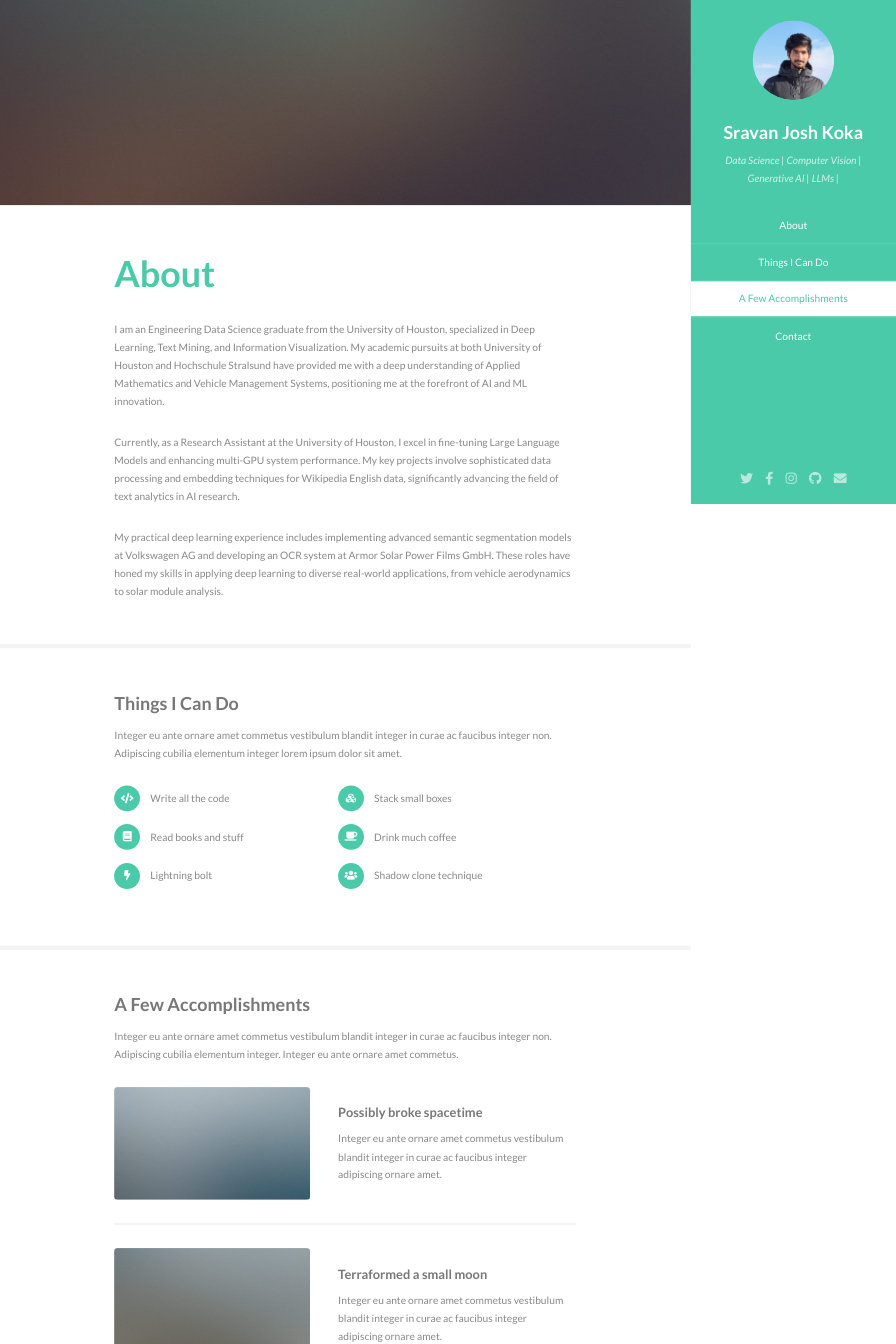
Repository: sravanjosh07/my_portfolio
Page: index.html
These files come from the project's save history. The page is drawn as it stood at one moment and after the next save; the edit follows.
The browser window is 1280 px wide. The pictures show the part of the page from y = 0 to 1920 px (the page is 3005 px tall), at 70% of full size.

Above is the page before, as saved 2023-12-26 13:53:38.

After the next save:
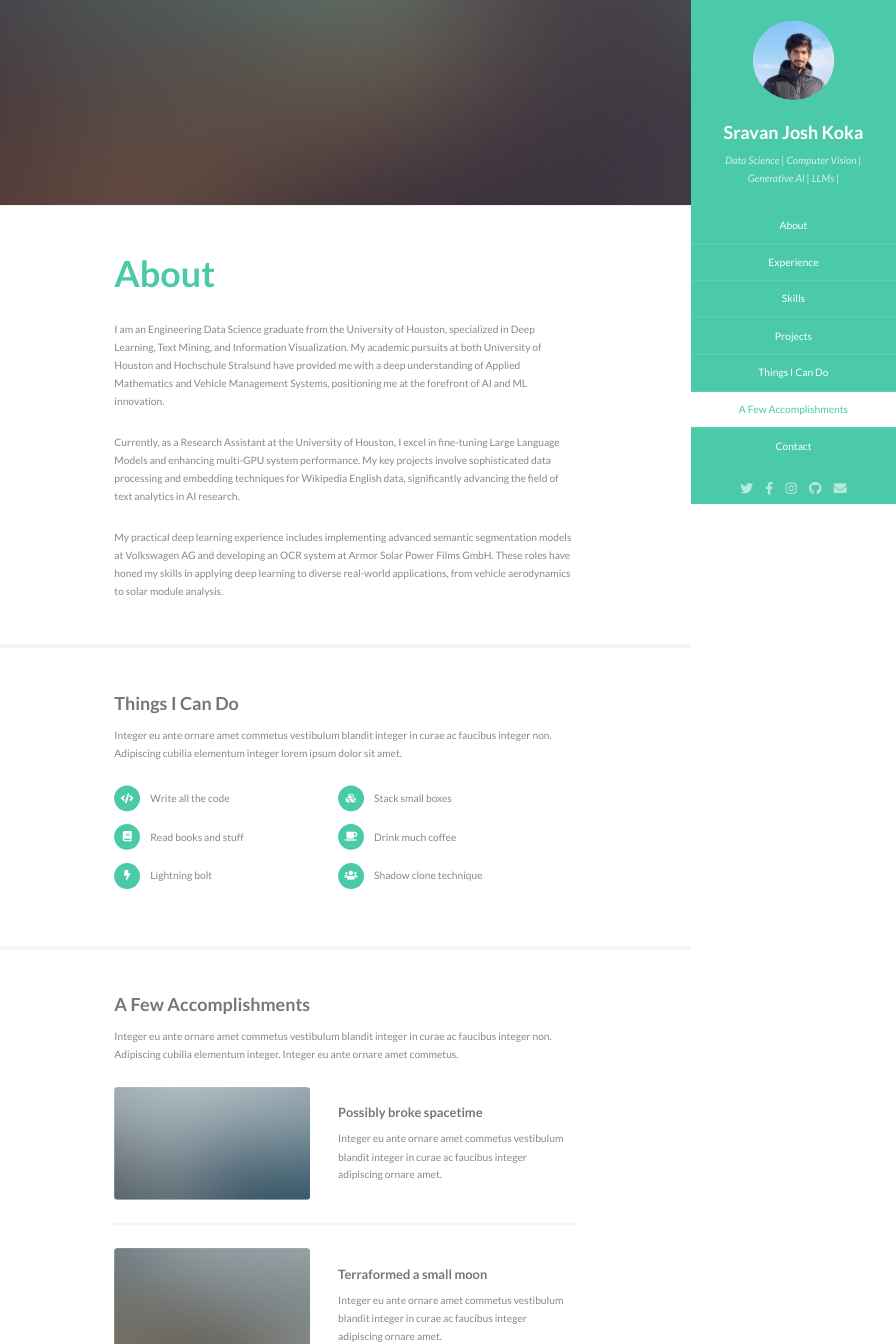
Saved 58 min 56 s later.
--- a/index.html
+++ b/index.html
@@ -24,6 +24,9 @@
 				<nav id="nav">
 					<ul>
 						<li><a href="#one" class="active">About</a></li>
+						<li><a href="#two">Experience</a></li>
+						<li><a href="#two">Skills</a></li>
+						<li><a href="#two">Projects</a></li>
 						<li><a href="#two">Things I Can Do</a></li>
 						<li><a href="#three">A Few Accomplishments</a></li>
 						<li><a href="#four">Contact</a></li>
